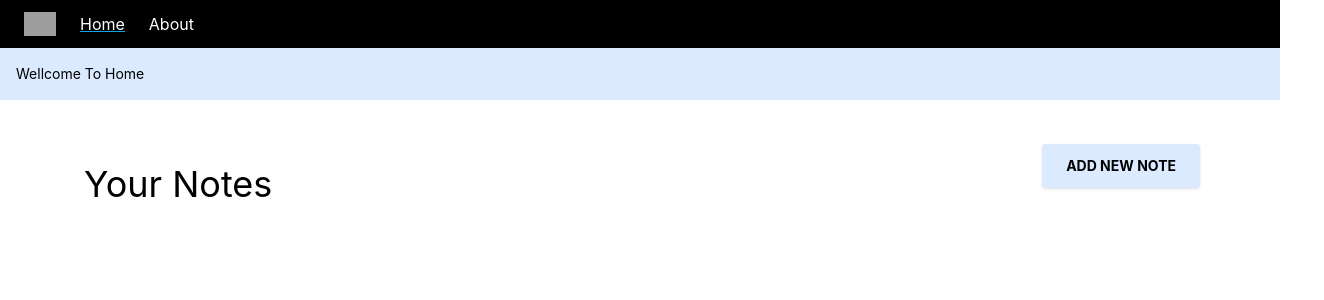
Repository: sonawaneteju4/iNote
Page: /
An editor plug-in stored every save of this project. The page is shown before and after a run of saves, followed by the edit.
The browser window is 1280 px wide. The page is 1324 px wide, so the pictures cover 1324 px, including what lies to the right of the window. The pictures show the whole page.
Pictures or frames that could not be fetched are drawn as grey boxes. The page's requests for data from a server got no answer. Some web libraries are served in a nearby version. The project was rebuilt for these pictures with package versions that can differ from the ones it lists, and the page was loaded fresh each time. No one was signed in, and anything a server would have sent is missing. Also part of the build but not shown: src/App.css, src/components/NoteModal.js, src/components/NoteCard.js, src/components/About.js.

Above is the page before, as saved 2022-10-12 00:35:13.

### public/index.html
<!DOCTYPE html>
<html lang="en">
  <head>
    <meta charset="utf-8" />
    <link rel="icon" href="%PUBLIC_URL%/favicon.ico" />
    <meta name="viewport" content="width=device-width, initial-scale=1" />
    <meta name="theme-color" content="#000000" />
    <meta
      name="description"
      content="Web site created using create-react-app"
    />
    <link rel="apple-touch-icon" href="%PUBLIC_URL%/logo192.png" />

    <link rel="manifest" href="%PUBLIC_URL%/manifest.json" />

    <title>iNote - Secured Notes On Cloud</title>
  </head>
  <body>
    <noscript>You need to enable JavaScript to run this app.</noscript>
    <script src="https://kit.fontawesome.com/61d960ae85.js" crossorigin="anonymous"></script>
    <div id="root"></div>
  </body>
</html>

### src/App.js
import "./App.css";
import { BrowserRouter, Routes, Route } from "react-router-dom";
import Navbar from "./components/Navbar";
import Home from "./components/Home";
import About from "./components/About";
import NoteState from "./context/notes/NoteAPIs";
import Alert from "./components/Alert";

function App() {
  return (
    <>
      <NoteState>
        <BrowserRouter>
          <Navbar />
          <Alert message="Wellcome To Home"/>
          <div className="container m-11">

          <Routes>
            <Route exact path="/" element={<Home />}></Route>
            <Route exact path="/about" element={<About />}></Route>
          </Routes>
          </div>
        </BrowserRouter>
      </NoteState>
    </>
  );
}

export default App;

### src/components/Navbar.js
import React, {useEffect} from 'react'
import { Link, useLocation } from 'react-router-dom'

const Navbar = () => {
  let location = useLocation();
  useEffect(() => {

  }, [location])

  return (
    <nav className='flex bg-black text-white sticky top-0'>
        <ul className='flex m-3'>
            <li className='px-3'><Link to="/"><img alt="Logo" className='h-6' src='https://i.ibb.co/yyD6c8M/i-NOTE-3.png'></img></Link></li>
            <li className={`px-3  ${location.pathname==='/'? "underline decoration-sky-500": ""}`}><Link to="/">Home</Link></li>
            <li className={`px-3  ${location.pathname==='/about'? "underline decoration-sky-500": ""}`}><Link to="/about">About</Link></li>
        </ul>

    </nav>
  )
}

export default Navbar

### src/components/Home.js
import React from 'react'
// import NoteState from '../context/notes/NoteState';
import Notes from './AllNotes';

const Home = () => {

  return (
    <div className='mx-10'>
      <Notes />
    </div>

  )
}

export default Home

### src/context/notes/NoteAPIs.js
import NoteContext from "./NoteContext";
import { useState } from "react";

const NoteAPIs = (props) => {
  const host = "http://localhost:5000"
  const notesInitial = []
  const [notes, setNotes] = useState(notesInitial)

  // Get all Notes
  const getNotes = async () => {
    // API Call
    const response = await fetch(`${host}/api/notes/fetchallnotes`, {
      method: 'GET',
      headers: {
        'Content-Type': 'application/json',
        "auth-token": "eyJhbGciOiJIUzI1NiIsInR5cCI6IkpXVCJ9.eyJ1c2VyIjp7ImlkIjoiNjM0MDJkNzU1M2FmOTliMGVlZjI2NTM0In0sImlhdCI6MTY2NTE1MDMyNX0.21oCHuWw9znwAh1XjjmkspjjhwBbkDeEM_QBgueLQc0"
      }
    });
    const json = await response.json()
    // console.log(json)
    setNotes(json)
  }

  // Add a Note
  const addNote = async (title, description, tag) => {
    // TODO: API Call
    // API Call
    const response = await fetch(`${host}/api/notes/addnote`, {
      method: 'POST',
      headers: {
        'Content-Type': 'application/json',
        "auth-token": "eyJhbGciOiJIUzI1NiIsInR5cCI6IkpXVCJ9.eyJ1c2VyIjp7ImlkIjoiNjM0MDJkNzU1M2FmOTliMGVlZjI2NTM0In0sImlhdCI6MTY2NTE1MDMyNX0.21oCHuWw9znwAh1XjjmkspjjhwBbkDeEM_QBgueLQc0"
      },
      body: JSON.stringify({title, description, tag})
    }).then(async (res) =>{
      if(res.status === 200){

        console.log("Note Saved Successful")
      }
      else{
        console.log("Failed to Save note")
      }
    });

    // console.log("Adding a new note")
    const note = {
      "_id": "61322f119553781a8ca8d0e08",
      "user": "6131dc5e3e4037cd4734a0664",
      "title": title,
      "description": description,
      "tag": tag,
      "date": "2021-09-03T14:20:09.668Z",
      "__v": 0
    };
    setNotes(notes.concat(note))
  }

  // Delete a Note
  const deleteNote = (id) => {
    // TODO: API Call
    console.log("Deleting the note with id" + id);
    const newNotes = notes.filter((note) => { return note._id !== id })
    setNotes(newNotes)
  }
  // Edit a Note
  const editNote = async (id, title, description, tag) => {
    // API Call
    const response = await fetch(`${host}/api/notes/updatenote/${id}`, {
      method: 'POST',
      headers: {
        'Content-Type': 'application/json',
        "auth-token": "eyJhbGciOiJIUzI1NiIsInR5cCI6IkpXVCJ9.eyJ1c2VyIjp7ImlkIjoiNjM0MDJkNzU1M2FmOTliMGVlZjI2NTM0In0sImlhdCI6MTY2NTE1MDMyNX0.21oCHuWw9znwAh1XjjmkspjjhwBbkDeEM_QBgueLQc0"
      },
      body: JSON.stringify({title, description, tag})
    });
    const json = response.json();
    console.log(json)

    // Logic to edit in client
    for (let index = 0; index < notes.length; index++) {
      const element = notes[index];
      if (element._id === id) {
        element.title = title;
        element.description = description;
        element.tag = tag;
      }

    }
  }

  return (
    <NoteContext.Provider value={{ notes, addNote, deleteNote, editNote, getNotes }}>
      {props.children}
    </NoteContext.Provider>
  )

}
export default NoteAPIs;

### src/components/Alert.js
import React from 'react'

const Alert = (props) => {
  return (
    <div className=''>
      <div className="flex p-4 mb-4 text-sm bg-blue-100 rounded-lgz text-black " role="alert">
  {props.message}
  </div>
    </div>
  )
}

export default Alert

### src/components/AllNotes.js
import React, {useState, useContext, useEffect } from "react";
import NoteContext from "../context/notes/NoteContext";
import NoteModal from "./NoteModal";
import NoteItem from "./NoteCard";

const Notes = () => {
  const context = useContext(NoteContext);
  const [showModal, setShowModal] = useState(false);
  const [showModalForUpdate, setShowModalForUpdate] = useState(false);
  const { notes, getNotes } = context;

  const [noteForUpdate, setNoteForUpdate] = useState()
  const forUpdate = true;
  useEffect(() => {
    getNotes();
  }, []);

  const updateNote = (n) =>{
    setShowModalForUpdate(true)
    setNoteForUpdate(n)
  }

  return (
    <div>
      <div className="flex flex-row justify-between">
        <h1 className="py-5 text-4xl">Your Notes</h1>
        <div className="mx-20">
          <button
            className="bg-blue-100  text-black active:bg-pink-600 font-bold uppercase text-sm px-6 py-3 rounded shadow hover:shadow-lg outline-none focus:outline-none mr-1 mb-1 ease-linear transition-all duration-150"
            type="button"
            onClick={() => setShowModal(true)}
          >
            Add New Note
          </button>
        </div>
        {showModal && <NoteModal closeModal = {setShowModal} />}
        {showModalForUpdate && <NoteModal closeModal = {setShowModalForUpdate} noteForUpdate = {noteForUpdate} forUpdate = {forUpdate}/>}
      </div>

      <div className="flex flex-wrap">
        {notes.map((note) => {
          return (<div  key={note._id} onClick ={()=> updateNote(note)} >
          <NoteItem note={note} />
          </div>
          )
        })}
      </div>
    </div>
  );
};

export default Notes;

Loaded but not shown: src/index.js (common file); src/index.css (common file); src/context/notes/NoteContext.js (common file); tailwind.config.js (common file)

After the next 2 saves:
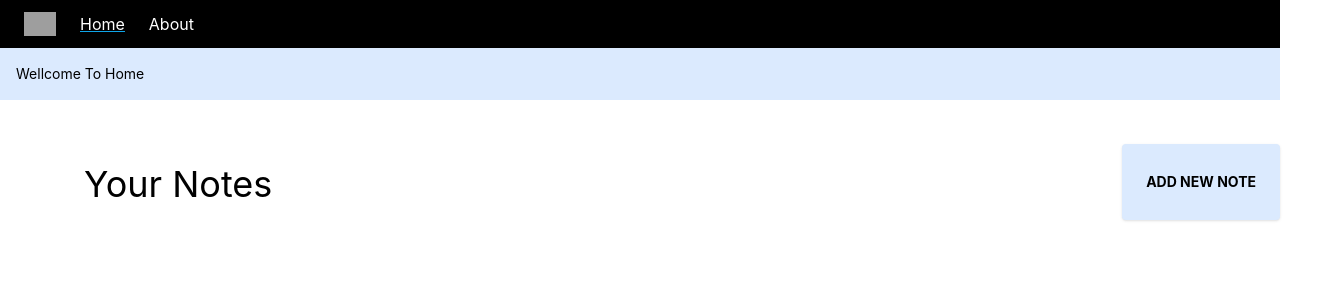
The 2 saves are shown as one change because they came seconds apart.
The last was saved 73 s later.
--- a/src/components/AllNotes.js
+++ b/src/components/AllNotes.js
@@ -24,7 +24,6 @@ const Notes = () => {
     <div>
       <div className="flex flex-row justify-between">
         <h1 className="py-5 text-4xl">Your Notes</h1>
-        <div className="mx-20">
           <button
             className="bg-blue-100  text-black active:bg-pink-600 font-bold uppercase text-sm px-6 py-3 rounded shadow hover:shadow-lg outline-none focus:outline-none mr-1 mb-1 ease-linear transition-all duration-150"
             type="button"
@@ -32,7 +31,6 @@ const Notes = () => {
           >
             Add New Note
           </button>
-        </div>
         {showModal && <NoteModal closeModal = {setShowModal} />}
         {showModalForUpdate && <NoteModal closeModal = {setShowModalForUpdate} noteForUpdate = {noteForUpdate} forUpdate = {forUpdate}/>}
       </div>
